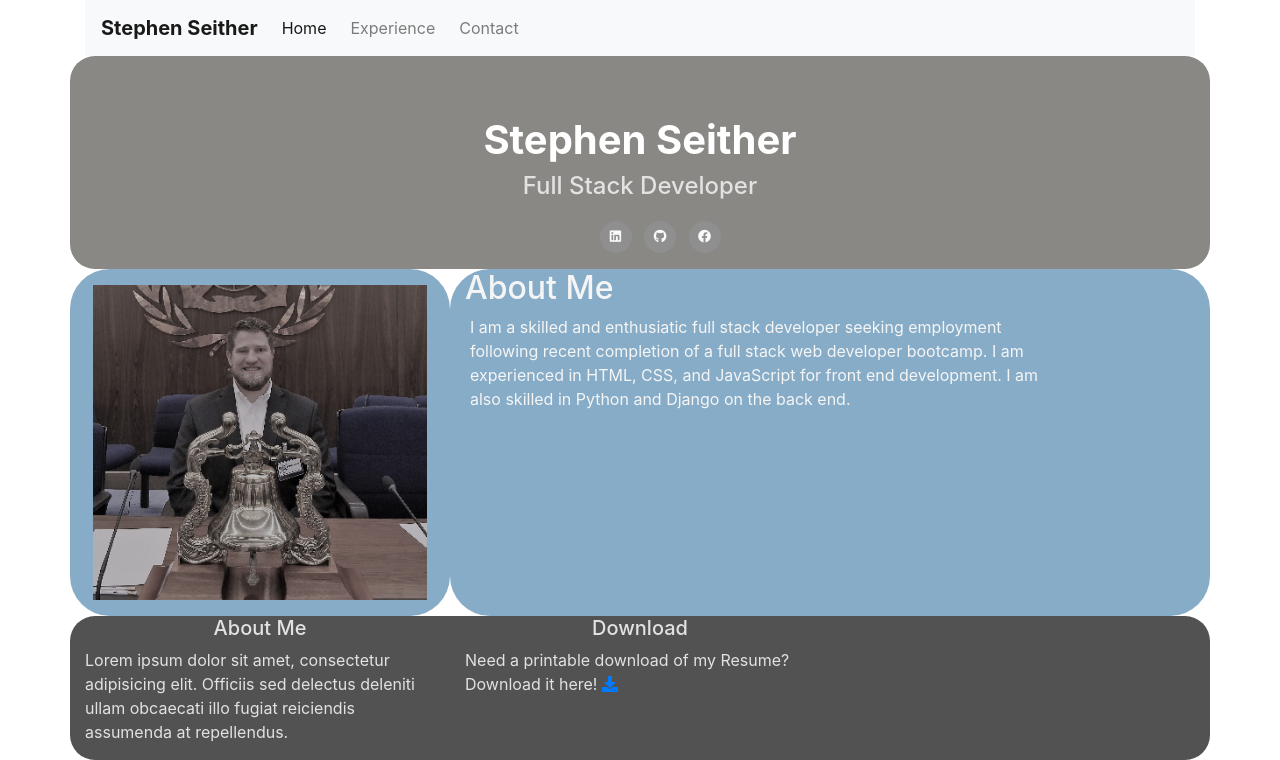
Repository: stephenseither/First-Milestone-Project
Page: index.html
The author's editor kept a record of every edit. The page is drawn from the files as they stood at one moment, then again after the next edit.
The browser window is 1280 px wide. The pictures show the whole page.
Some web libraries are served in a nearby version.

Above is the page before.

### index.html
<!DOCTYPE html>
<html lang="en">

<head>
    <meta charset="UTF-8">
    <meta name="viewport" content="width=device-width, initial-scale=1.0">
    <meta http-equiv="X-UA-Compatible" content="ie=edge">
    <link rel="stylesheet" href="https://stackpath.bootstrapcdn.com/bootstrap/4.3.1/css/bootstrap.min.css" integrity="sha384-ggOyR0iXCbMQv3Xipma34MD+dH/1fQ784/j6cY/iJTQUOhcWr7x9JvoRxT2MZw1T" crossorigin="anonymous">
    <link rel="stylesheet" href="https://use.fontawesome.com/releases/v5.10.2/css/all.css" integrity="sha384-rtJEYb85SiYWgfpCr0jn174XgJTn4rptSOQsMroFBPQSGLdOC5IbubP6lJ35qoM9" crossorigin="anonymous">
    <link rel="stylesheet" href="assets/css/style.css" type="text/css" />
    <title>Document</title>
</head>

<body>
    <div class="container">
        <div class="row no-gutters">
            <div class="col">
                <nav class="navbar navbar-light bg-light navbar-expand-sm no-gutters">
                    <a href="index.html" class="navbar-brand font-weight-bold">Stephen Seither</a>

                    <button class="navbar-toggler ml-auto" type="button" data-toggle="collapse" data-target="#navbarNavDropdown" aria-controls="navbarNavDropdown" aria-expanded="false" aria-label="Toggle navigation">
            <span class="navbar-toggler-icon"></span></button>

                    <div class="collapse navbar-collapse" id="navbarNavDropdown">
                        <ul class="navbar-nav mr-auto">
                            <li class="active nav-item mr-2"><a class="nav-link" href="index.html">Home</a></li>
                            <li class="nav-item mr-2"><a class="nav-link" href="experience.html">Experience</a></li>
                            <li class="nav-item mr-2"><a class="nav-link" href="contact.html">Contact</a></li>
                        </ul>
                    </div>
                </nav>
            </div>
        </div>


        <div class="row rounded-top">

            <div class="col bg-header heading">
                <div class="row">
                    <div class="col">
                        <h1 class="name font-weight-bold">Stephen Seither</h1>
                        <h4 class="title">Full Stack Developer</h4>
                    </div>
                </div>
                <div class="row">
                    <div class="col">
                        <ul class="list-inline social-links">
                            <li class="list-inline-item">
                                <a href="https://www.linkedin.com/in/stephen-seither-254ba7b7" target="_blank">
                                <i class="fab fa-linkedin" aria-hidden="true"></i>
                                <span class="sr-only">LinkedIn</span>
                                </a>
                            </li>
                            <li class="list-inline-item">
                                <a href="https://github.com/stephenseither" target="_blank">
                                    <i class="fab fa-github" aria-hidden="true"></i>
                                    <span class="sr-only">GitHub</span>
                                </a>
                            </li>
                            <li class="list-inline-item">
                                <a href="https://www.facebook.com/stephen.seither" target="_blank">
                                    <i class="fab fa-facebook" aria-hidden="true"></i>
                                    <span class="sr-only">Facebook</span>
                                </a>
                            </li>
                        </ul>
                    </div>
                </div>
            </div>
        </div>
    </div>

    <section class="container">
        <div class="row">
            <div class="col-sm-4 photo">
                <img src="assets/images/stephen-1.jpg" alt="stephen" class="img-fluid img-responsive rounded py-3 px-2" />
            </div>
            <div class="col-md-8 about-me">
                <h2>About Me</h2>
                <p>I am a skilled and enthusiatic full stack developer seeking employment following recent completion of a full stack web developer bootcamp. I am experienced in HTML, CSS, and JavaScript for front end development. I am also skilled in Python
                    and Django on the back end. </p>
            </div>

        </div>
    </section>

    <footer>
        <div class="container footer">
            <div class="row">
                <div class="col-md-4">
                    <h5>About Me</h5>
                    <p>Lorem ipsum dolor sit amet, consectetur adipisicing elit. Officiis sed delectus deleniti ullam obcaecati illo fugiat reiciendis assumenda at repellendus.</p>
                </div>
                <div class="col-md-4">
                    <h5>Download</h5>
                    <p>Need a printable download of my Resume? Download it here!
                        <a href="assets/resume/resume.pdf" target="_blank"><i class="fa fa-download" aria-hidden="true"></i>
                        <span class="sr-only">Download link.</span>
                        </a>
                    </p>
                </div>
            </div>
        </div>
    </footer>
    <script src="https://code.jquery.com/jquery-3.3.1.slim.min.js" integrity="sha384-q8i/X+965DzO0rT7abK41JStQIAqVgRVzpbzo5smXKp4YfRvH+8abtTE1Pi6jizo" crossorigin="anonymous"></script>
    <script src="https://cdnjs.cloudflare.com/ajax/libs/popper.js/1.14.3/umd/popper.min.js" integrity="sha384-ZMP7rVo3mIykV+2+9J3UJ46jBk0WLaUAdn689aCwoqbBJiSnjAK/l8WvCWPIPm49" crossorigin="anonymous"></script>
    <script src="https://stackpath.bootstrapcdn.com/bootstrap/4.1.3/js/bootstrap.min.js" integrity="sha384-ChfqqxuZUCnJSK3+MXmPNIyE6ZbWh2IMqE241rYiqJxyMiZ6OW/JmZQ5stwEULTy" crossorigin="anonymous"></script>
</body>

</html>

### assets/css/style.css
/*---------------------------Media Queries---------------------- */

@media (hover: none) {
    .contact-info {
        background-color: #7395ae;
        opacity: 1.2;
    }
}


/*---------------------------BG Colors---------------------- */

.bg-header {
    background-color: #8a8884;
}

.about-me {
    background-color: #87acc7;
}

.photo {
    background-color: #87acc7;
}

.contact-info {
    background-color: #7395ae;
    opacity: 0.75;
    transition: opacity .5s ease-out, font-weight .25s ease-in-out;
    -moz-transition: opacity .5s ease-out, font-weight .25s ease-in-out;
    -webkit-transition: opacity .5s ease-out, font-weight .25s ease-in-out;
    color: #fafafa;
    font-weight: normal;
}

.contact-info:hover {
    opacity: 1.2;
    font-weight: bold;
}

.bg-work-timeline {
    background-color: #87acc7;
}

.bg-school-timeline {
    background-color: #87acc7;
}

/*---------------------------Header---------------------- */

.heading {
    text-align: center;
    border-radius: 25px;
}

.name {
    margin-top: 60px;
    color: #fff;
}

.title {
    color: #e3e1e1;
    margin-bottom: 20px;
}

.social-links {
    margin-left: 40px;
}

.social-links li a i {
    width: 32px;
    height: 32px;
    padding: 12px 2px;
    border-radius: 50%;
    font-size: 13px;
    line-height: 7px;
    text-align: center;
    color: #fafafa;
    background: #8f8f8f;
    transition: all 0.35s ease-in-out, ;
    -moz-transition: all 0.35s ease-in-out;
    -webkit-transition: all 0.35s ease-in-out;
    -o-transition: all 0.35s ease-in-out;
}

.social-links li a i:hover {
    background-color: #b8784b;
    transform: scale(1.5);
    -webkit-transform: scale(1.5);
    -moz-transform: scale(1.5);
    -o-transform: scale(1.5);
}


/*---------------------------About Me---------------------- */

.about-me {
    border-width: 2px 4px;
    border-radius: 40px;
    color: #f5f5f5;
}

.about-me p {
    width: 80%;
    margin-left: 5px;
    color: #f5f5f5;
}

.photo {
    border-width: 2px 4px;
    border-radius: 40px;
}

/*---------------------------Contact Info---------------------- */

.personal-info-item {
    margin-bottom: 10px;
    display: block;
    clear: both;
    font-size: 20px;
}

.personal-info-item .title,
.personal-info-item .value {
    display: inline-block;
    padding-right: 15px;
}

/*--------------------------Resume---------------------- */

.resume {
    background-color: #8a8884;
    text-align: center;
    color: #fafafa;
    padding: 8px;
}

.work-history {
    color: #f5f5f5;
    text-align: center;
}

.work-timeline {
    border-width: 2px 4px;
    border-radius: 40px;
}

.timeline-item {
    padding: 4em 2em 0em 2em;
    position: relative;
    color: #fafafa;
    border-left: 1px solid;
}

.timeline-item p {
    padding: 0;
    margin: 0;
}

.timeline-item:before {
    content: attr(data-dates);
    position: absolute;
    left: 2.5em;
    top: 3em;
    display: block;
    font-family: "Exo", sans-serif;
    font-weight: 500;
    font-size: 0.8em;
    padding: 0;
    margin: 0;
}

.timeline-item:after {
    width: 12px;
    height: 12px;
    display: block;
    top: 2.4em;
    position: absolute;
    left: -6px;
    border-radius: 12px;
    content: '';
    background-color: #fafafa;
}


.school {
    color: #f5f5f5;
    text-align: center;
}

.school-item {
    padding: 4em 2em 0em 2em;
    position: relative;
    color: #fafafa;
    border-left: 1px solid;
}


.school-timeline {
    border-width: 2px 4px;
    border-radius: 40px;
}

.school-item p {
    padding: 0;
    margin: 0;
}

.school-item:before {
    content: attr(data-dates);
    position: absolute;
    left: 2.5em;
    top: 3em;
    display: block;
    font-family: "Exo", sans-serif;
    font-weight: 500;
    font-size: 0.8em;
    padding: 0;
    margin: 0;
}

.school-item:after {
    width: 12px;
    height: 12px;
    display: block;
    top: 2.4em;
    position: absolute;
    left: -6px;
    border-radius: 12px;
    content: '';
    background-color: #fafafa;
}

/*---------------------------Footer---------------------------*/

.footer {
    background-color: #525252;
    border-radius: 25px;
}

footer h5,p {
    color: #e3e1e1;
}

footer h5,ul {
    text-align: center;
}

.social-links-footer li a i {
    width: 32px;
    height: 32px;
    padding: 12px 2px;
    border-radius: 50%;
    font-size: 13px;
    line-height: 7px;
    text-align: center;
    color: #fafafa;
    background: #8f8f8f;
    transition: all 0.35s ease-in-out, ;
    -moz-transition: all 0.35s ease-in-out;
    -webkit-transition: all 0.35s ease-in-out;
    -o-transition: all 0.35s ease-in-out;
}

.resume-pdf i {
    color: #f5f5f5;
    padding-left: 8px;
}

After the next edit:
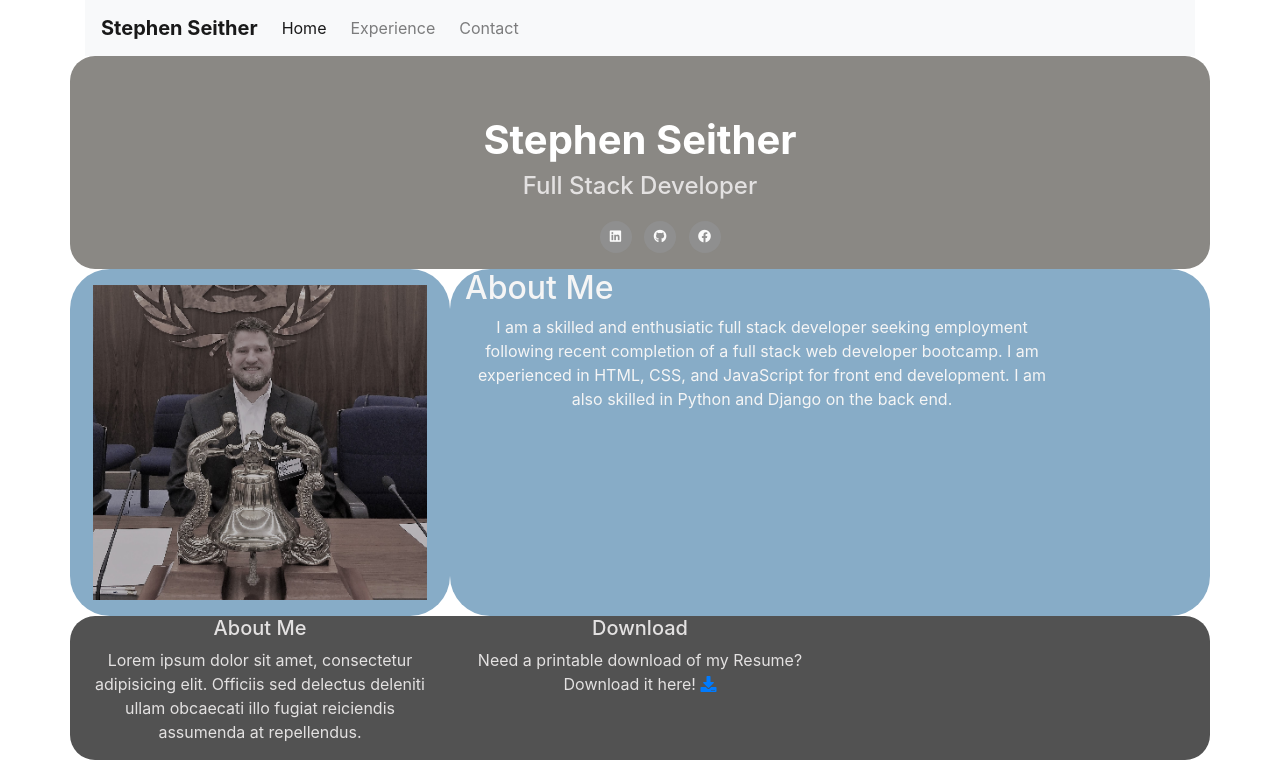
The edit:
--- a/assets/css/style.css
+++ b/assets/css/style.css
@@ -241,7 +241,7 @@
     color: #e3e1e1;
 }
 
-footer h5,ul {
+footer h5,ul,p {
     text-align: center;
 }
 
